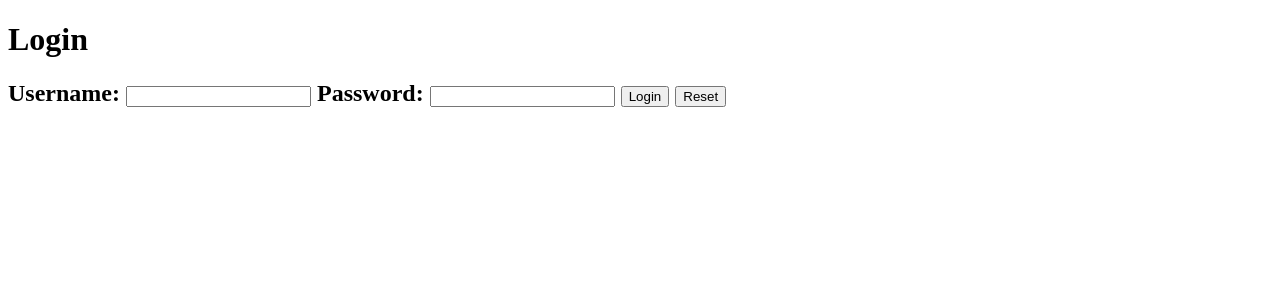
Repository: shounakmk219/training
Page: week2/WebProject/WebContent/login.html
These files come from the project's save history. The page is drawn as it stood at one moment and after the next save; the edit follows.
The browser window is 1280 px wide. The pictures show the whole page.

Above is the page before, as saved 2019-07-10 05:19:42.

### week2/WebProject/WebContent/login.html
<!DOCTYPE html>
<html>
<head>
<meta charset="ISO-8859-1">
<title>Insert title here</title>
<h1>Login</h1>
</head>
<body>
<h2>
	Username: <input type="text" name="uname">
	Password: <input type="password" name="pwd">
	<input type="submit" value="Login">
	<input type="reset" value="Reset">
</h2>
</body>
</html>

After the next save:
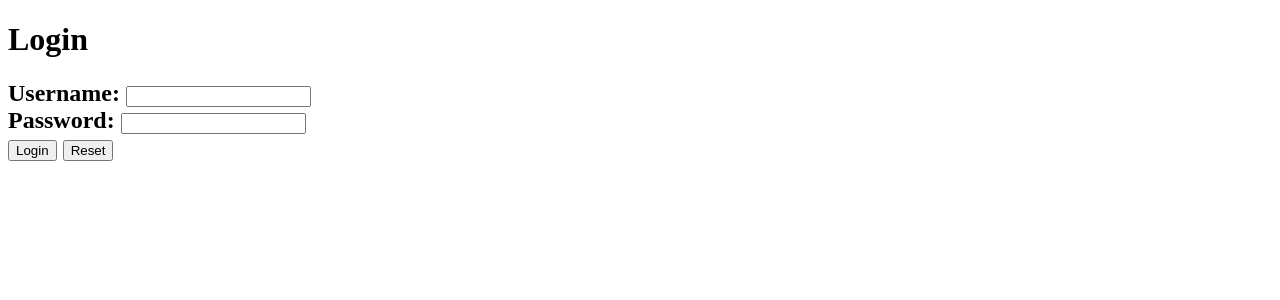
Saved 42 s later.
--- a/week2/WebProject/WebContent/login.html
+++ b/week2/WebProject/WebContent/login.html
@@ -7,8 +7,8 @@
 </head>
 <body>
 <h2>
-	Username: <input type="text" name="uname">
-	Password: <input type="password" name="pwd">
+	Username: <input type="text" name="uname"><br>
+	Password: <input type="password" name="pwd"><br>
 	<input type="submit" value="Login">
 	<input type="reset" value="Reset">
 </h2>
